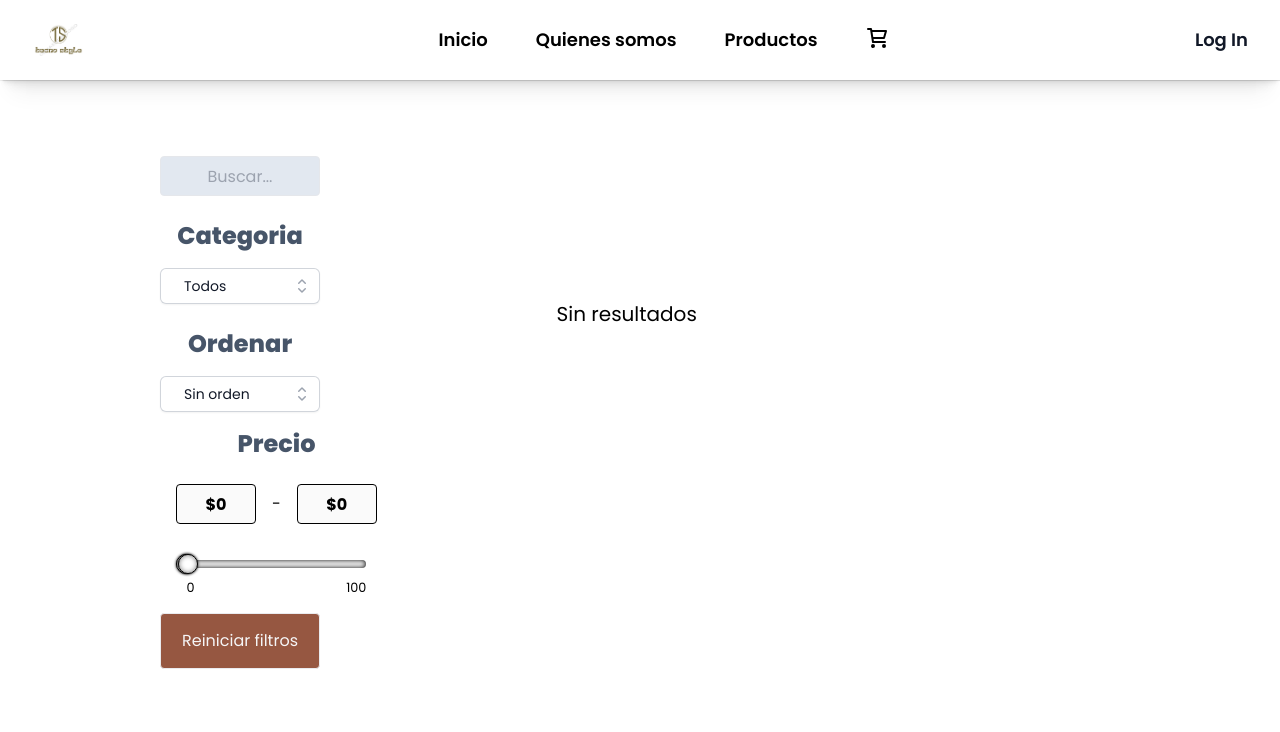
Repository: aitorcachero/api-eshop
Page: /products
An editor plug-in stored every save of this project. The page is shown before and after the next save, followed by the edit.
The browser window is 1280 px wide. The pictures show the whole page.
The page's requests for data from a server got no answer. The project was rebuilt for these pictures with package versions that can differ from the ones it lists, and the page was loaded fresh each time. No one was signed in, and anything a server would have sent is missing. Also part of the build but not shown: vite.config.js, src/pages/LoginPage/LoginPage.jsx, src/components/ProductCard/ProductCard.jsx, src/components/Loader/Loader.css, src/components/Loader/Loader.jsx, src/components/MultiRangeSlider/MultiRangeSliderBlack.css, src/pages/HomePage/HomePage.jsx, src/services/products/getProductById.js and 4 more.

Above is the page before, as saved 2024-02-23 13:29:57.

After the next save:
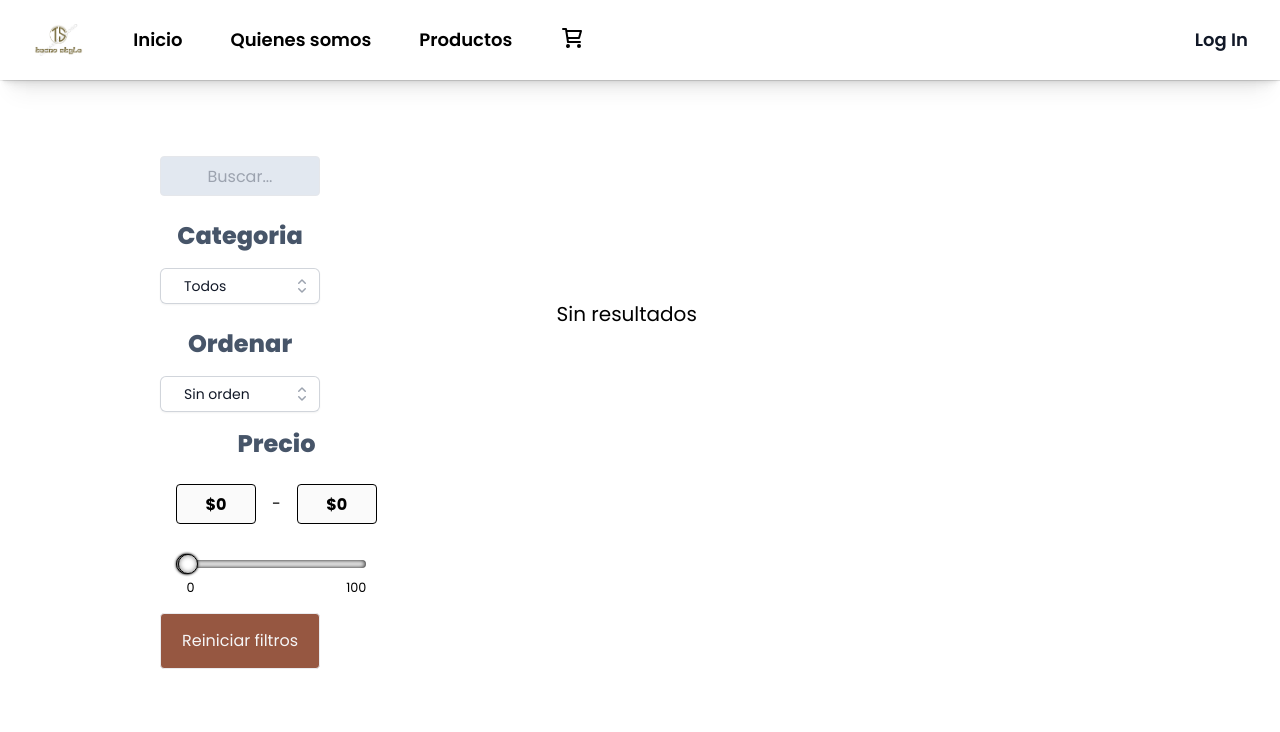
Saved 24 s later.
--- a/src/components/Header/Header.jsx
+++ b/src/components/Header/Header.jsx
@@ -15,7 +15,7 @@
   PlayCircleIcon,
 } from '@heroicons/react/20/solid';
 import logo from '../../assets/logo.png';
-import { NavLink } from 'react-router-dom';
+import { Link, NavLink } from 'react-router-dom';
 import cartImage from '../../assets/cart.svg';
 import useShop from '../../hooks/useShop';
 
@@ -38,10 +38,12 @@
         className="mx-auto flex max-w-7xl items-center justify-between p-6 lg:px-8"
         aria-label="Global"
       >
-        <div className="flex lg:flex-1">
-          <span className="sr-only">Your Company</span>
-          <img className="h-8 w-auto" src={`${logo}`} alt="" />
-        </div>
+        <Link to="/">
+          <div className="flex lg:flex-1">
+            <span className="sr-only">Your Company</span>
+            <img className="h-8 w-auto" src={`${logo}`} alt="" />
+          </div>
+        </Link>
         <div className="flex lg:hidden">
           <button
             type="button"

After the save that followed:
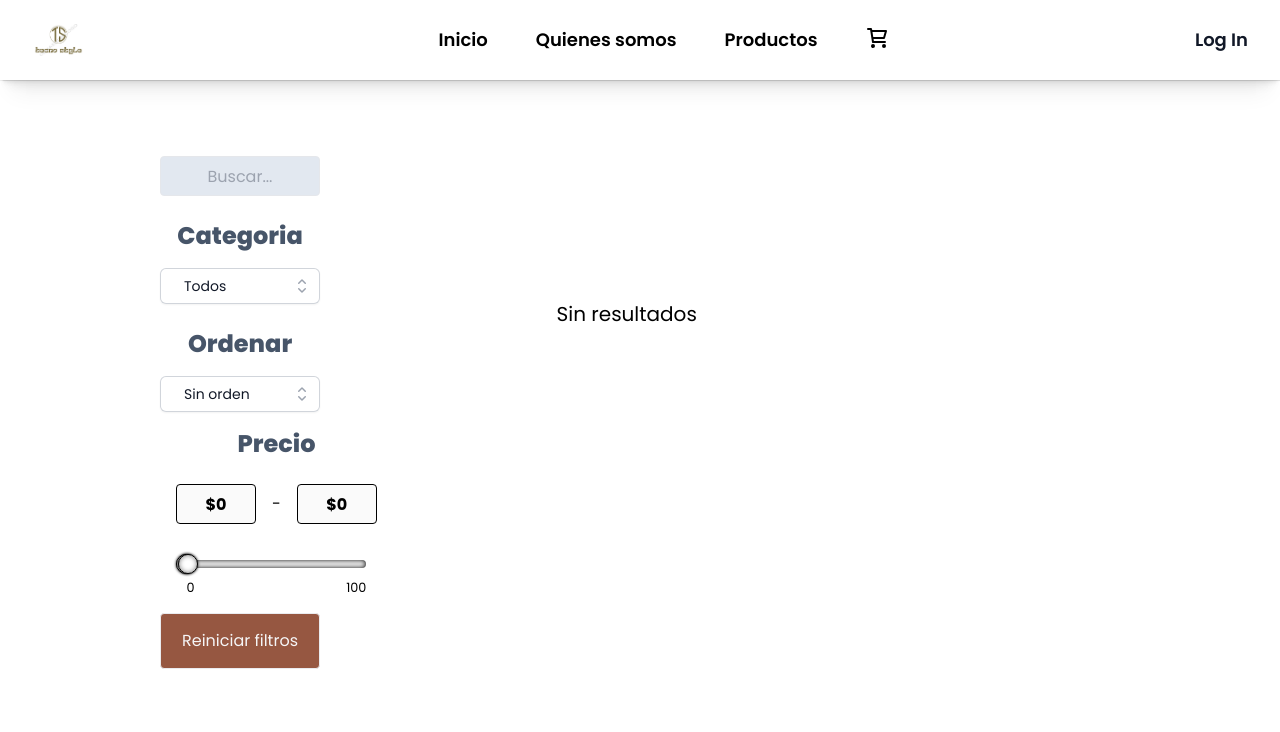
Saved 25 s later.
--- a/src/components/Header/Header.jsx
+++ b/src/components/Header/Header.jsx
@@ -15,7 +15,7 @@
   PlayCircleIcon,
 } from '@heroicons/react/20/solid';
 import logo from '../../assets/logo.png';
-import { Link, NavLink } from 'react-router-dom';
+import { NavLink } from 'react-router-dom';
 import cartImage from '../../assets/cart.svg';
 import useShop from '../../hooks/useShop';
 
@@ -38,12 +38,12 @@
         className="mx-auto flex max-w-7xl items-center justify-between p-6 lg:px-8"
         aria-label="Global"
       >
-        <Link to="/">
-          <div className="flex lg:flex-1">
+        <div className="flex lg:flex-1">
+          <a href="#" className="-m-1.5 p-1.5">
             <span className="sr-only">Your Company</span>
             <img className="h-8 w-auto" src={`${logo}`} alt="" />
-          </div>
-        </Link>
+          </a>
+        </div>
         <div className="flex lg:hidden">
           <button
             type="button"
